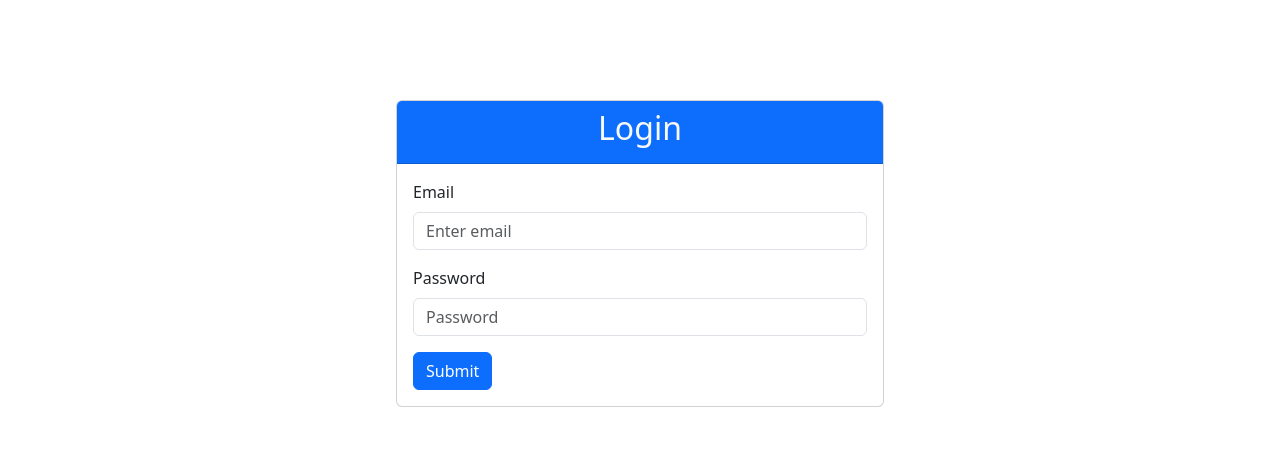
Repository: trider/react-task-app
Page: /
The author's editor kept a copy of each file at every save. The page is drawn from the files as they stood at one save, then again after the next save.
The browser window is 1280 px wide. The pictures show the whole page.
The project was rebuilt for these pictures with package versions that can differ from the ones it lists, and the page was loaded fresh each time.

Above is the page before, as saved 2024-05-02 16:23:40.

### src/App.js

import 'bootstrap/dist/css/bootstrap.min.css';
import LoginForm from "./pages/Login";



let App = () => {
  return (
    <div>

      <LoginForm />


    </div>


  );
}


export default App;

### src/pages/Login.js

import Button from 'react-bootstrap/Button';
import Container from 'react-bootstrap/Container';
import Form from 'react-bootstrap/Form';
import Card from 'react-bootstrap/Card';

const FormBody = () => {
  return (
    <div>
      <Form>
        <Form.Group className="mb-3" controlId="formBasicEmail">
          <Form.Label>Email</Form.Label>
          <Form.Control type="email" placeholder="Enter email" />
        </Form.Group>

        <Form.Group className="mb-3" controlId="formBasicPassword">
          <Form.Label>Password</Form.Label>
          <Form.Control type="password" placeholder="Password" />
        </Form.Group>

        <Button variant="primary" type="submit">
          Submit
        </Button>
      </Form>
    </div>
  );

}



const LoginForm = () => {
  return (
    <div>
      <Container fluid className='container-lg' style={{ marginTop: '100px', width: '40%' }}>
        <Card className='card-sm'>
          <Card.Header className='bg-primary text-light text-center' >
            <h2>Login</h2>
          </Card.Header>
          <Card.Body>
            <FormBody />

          </Card.Body>
        </Card>

      </Container>
    </div>





  );
}

export default LoginForm;

Loaded but not shown: public/index.html (common file); src/index.js (common file); src/index.css (common file); src/reportWebVitals.js (common file)

After the next save:
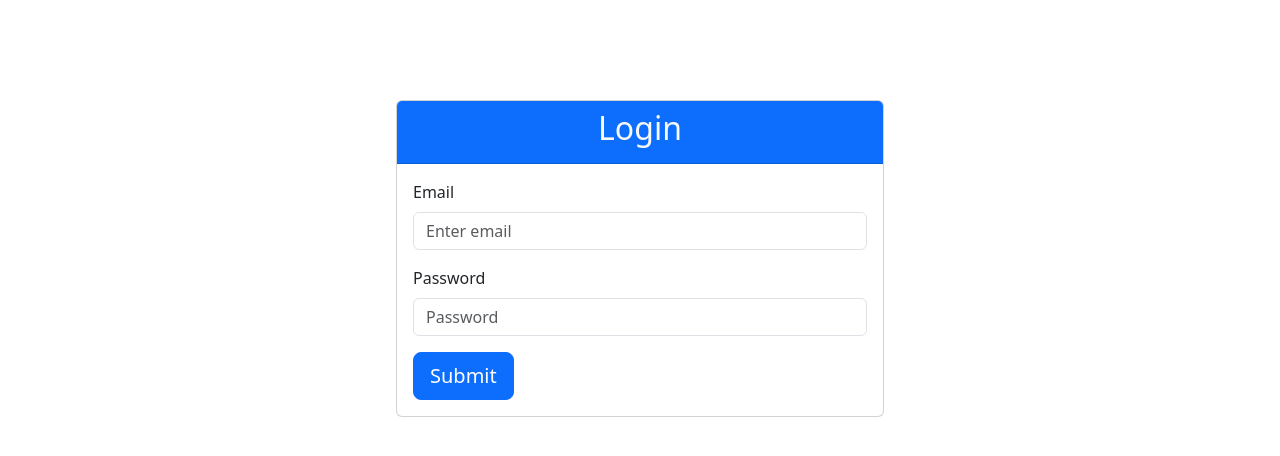
Saved 31 s later.
--- a/src/pages/Login.js
+++ b/src/pages/Login.js
@@ -18,7 +18,7 @@
           <Form.Control type="password" placeholder="Password" />
         </Form.Group>
 
-        <Button variant="primary" type="submit">
+        <Button variant="primary" type="submit" size='lg'>
           Submit
         </Button>
       </Form>

After the save that followed:
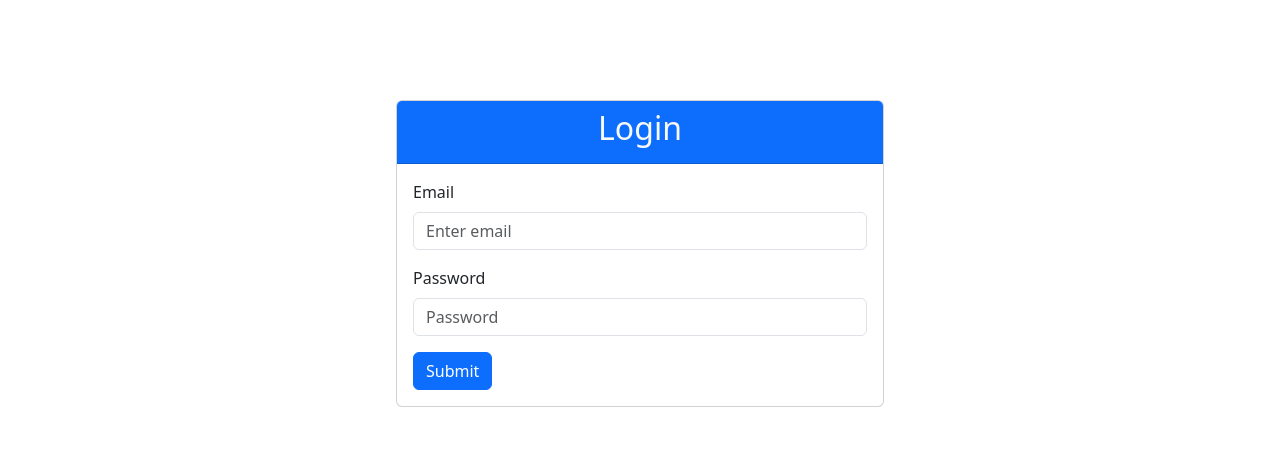
Saved 4 s later.
--- a/src/pages/Login.js
+++ b/src/pages/Login.js
@@ -18,7 +18,7 @@
           <Form.Control type="password" placeholder="Password" />
         </Form.Group>
 
-        <Button variant="primary" type="submit" size='lg'>
+        <Button variant="primary" type="submit" c>
           Submit
         </Button>
       </Form>
